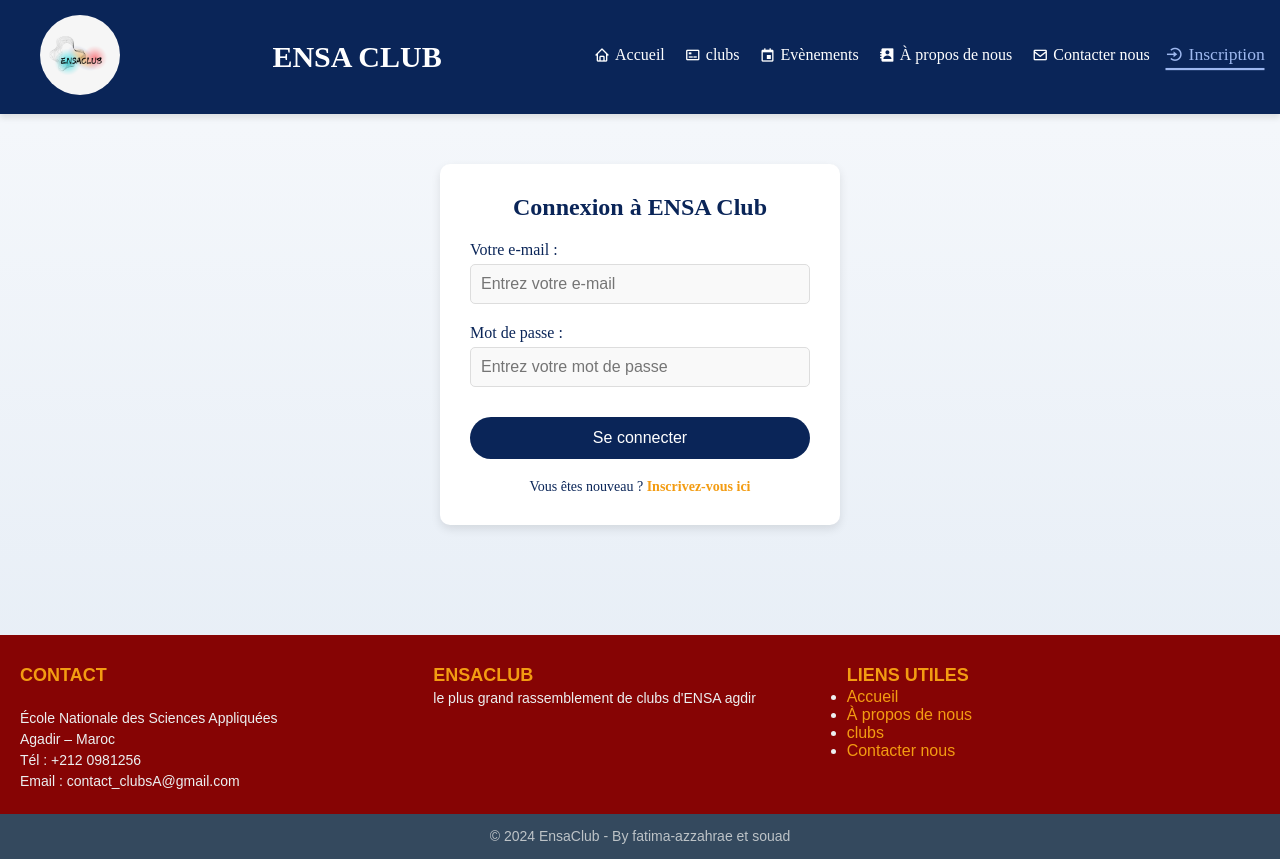
Repository: fati-smart/ENSAclub
Page: login.html
The author's editor kept a copy of each file at every save. The page is drawn from the files as they stood at one save, then again after the next save.
The browser window is 1280 px wide. The pictures show the whole page.

Above is the page before, as saved 2024-12-02 16:32:30.

### login.html
<!DOCTYPE html>
<html>

<head>
    <meta charset="UTF-8">
    <meta name="viewport" content="width=device-width, initial-scale=1.0">
    <link href='https://unpkg.com/boxicons@2.1.4/css/boxicons.min.css' rel="stylesheet" />
    <link rel="stylesheet" href="style.css">
    <title>login</title>
</head>

<body>
    <header class="header">
        <div><img src="logo.png" alt="logo"></div>
        <div class="titre"><a href="index.html"><p>ENSA CLUB</p></a></div>
        <nav>

          <ul>
            <li><a href="index.html">
              <i class='bx bx-home'></i></i>Accueil</a></li>
              <li><a href="club.html">
                <i class='bx bx-credit-card-front'></i>clubs</a></li>
              <li><a href="evenement.html">
                <i class='bx bx-calendar-event' ></i>Evènements</a></li>
              <li><a href="propos.html">
                <i class='bx bxs-contact'></i>À propos de nous</a></li>
              <li><a href="Contact.html">
                <i class='bx bx-envelope'></i>Contacter nous</a></li>
              <li><a href="inscrip.html" class="active">
                <i class='bx bx-log-in-circle'></i>Inscription</a></li>
          </ul>


        </nav>
    </header>


    <section class="connexion">
      <div class="logFormulaire">
        <h1 class="titre-logFormulaire">Connexion à ENSA Club</h1>
        <form action="profil.html">
          <div class="form-group">
            <label for="email">Votre e-mail :</label>
            <input type="email" name="email" id="email" placeholder="Entrez votre e-mail" required />
          </div>
          <div class="form-group">
            <label for="password">Mot de passe :</label>
            <input type="password" name="password" id="password" placeholder="Entrez votre mot de passe" required />
          </div>
          <button type="submit" class="btn-submit">Se connecter</button>
        </form>
        <p class="lien-nouveau">
          Vous êtes nouveau ? <a href="inscrip.html">Inscrivez-vous ici</a>
        </p>
      </div>
    </section>



    <footer class="footer">
        <div class="footer-container">
            <div class="footer-content">
              <ul>
                <h3>CONTACT</h3><br />
                <p>École Nationale des Sciences Appliquées<br /> Agadir – Maroc<br />
                Tél : +212 0981256<br />
                Email : contact_clubsA@gmail.com<br />
              </p>
              </ul>
            </div>
            <div class="footer-section-info">
              <ul>
                <h3>EnsaClub</h3>
              <p> le plus grand rassemblement de clubs d'ENSA agdir </p>
              </ul>
            </div>
            <div class="footer-content">
                <h3>Liens utiles</h3>
                 <ul class="list">
                    <li><a href="index.html">Accueil</a></li>
                    <li><a href="propos.html">À propos de nous</a></li>
                    <li><a href="club.html">clubs</a></li>
                    <li><a href="Contact.html">Contacter nous</a></li>
                 </ul>
            </div>
        </div>
        <div class="footer-bottom">
          <p>© 2024 EnsaClub - By fatima-azzahrae et souad</p>
        </div>
    </footer>
</body>

</html>

### style.css
* {
    margin: 0;
    padding: 0;
    box-sizing: border-box;
  }

body {
    font-family: cursive;
    background-color: #f5f6fa;
    overflow-x: hidden;
    background: linear-gradient(to bottom, #f7f9fc, #e4ecf5);
}

/*******************************************HEADER************************************************/
.header {
    background-color: #0A2558;
    color: white;
    display: flex;
    align-items: center;
    justify-content: space-between;
    padding: 15px 20px;
    box-shadow: 0 4px 6px rgba(0, 0, 0, 0.1);
  }

  .header img {
    margin-left: 20px;
    width: 80px;
    height: 80px;
    border-radius: 50%;
  }

  .header .titre a {
    text-decoration: none;
    color: white;
    font-size: 26px;
    font-weight: bold;
  }

  nav ul {
    list-style: none;
    display: flex;
    gap: 20px;
  }

  nav ul li a {
    color: white;
    text-decoration: none;
    font-size: 16px;
    display: flex;
    align-items: center;
    gap: 5px;
    transition: color 0.3s ease-in-out;
  }
  .header .titre p{
    font-size: 30px;
    font-weight: bold;
    color: #ffffff;
    margin: 0;
}

  nav ul li a:hover {
    color: #9eb8ef;
  }

  nav ul li a.active {
    border-bottom: 2px solid #9eb8ef;
    padding-bottom: 3px;
    color: #9eb8ef;
    transform: scale(1.1);

  }
/*************************************section CLUB***********************************************/
.club{
    margin-top: 50px;
    display: flex;
    align-items: center;
    justify-content: center;
    flex-wrap: wrap;
}

.club .carteClub{
    width: 350px;
    height: 420px;
    background-color: #e9ebed;
    border-radius: 12px;
    margin-left: 30px;
    margin-right: 30px;
    box-shadow: 0 4px 6px rgba(0, 0, 0, 0.1);
    position: relative;
}

.club .carteClub .imageClub {
    width: 100%;
    height: 45%;
    margin-left: 15px;
    margin-right: 15px;
    align-items: center;
}

.club .carteClub .imageClub img{
    width: 90%;
    height: 90%;
    margin-top: 10px;
    border-radius: 12px;
}

.club .carteClub .text{
    width: 90%;
    height: 90%;
    margin-left: 10px;
    text-align: center;
}

.club .carteClub .text p{
    text-align: left;
}

.club .carteClub .text strong{
    font-size: 25px;
    font-family: 'Franklin Gothic Medium', 'Arial Narrow', Arial, sans-serif;
    color: #0A2558;
}

.club .carteClub .text .jointure{
    color: #143c85d7;
}

.carteClub button {
    position: absolute;
    bottom: 10px;
    right: 15px;
    padding: 10px 20px;
    background-color: #ff1100;
    color: #fff;
    border: none;
    border-radius: 5px;
    cursor: pointer;
    width: 90px;
}

.carteClub button:hover {
    background-color: #d91103e0;
    transform: scale(1.1);

}

/****************************************section EVENMENT****************************************/
.event {
    display: flex;
    flex-wrap: wrap;
    justify-content: center;
    padding: 20px;
    margin-top: 30px;
    align-items: center;
    border-radius: 12px;
    gap:  40px 15px;
    max-width: 1400px;

}

.carteEvent {
    width: 340px;
    display: flex;
    flex-direction: column;
    height: 200px;
    background: #fff;
    border-radius: 10px;
    box-shadow: 0 4px 8px rgba(0, 0, 0, 0.1);
    overflow: hidden;
    transition: height 0.3s ease, box-shadow 0.3s ease;
    padding: 10px;
    position: relative;
    text-align: center;
    margin-left: 20px;
    margin-right: 20px;
    margin-top: 20px;
    margin-bottom: 20px;

}

.carteEvent:hover {
    box-shadow: 0 6px 12px rgba(0, 0, 0, 0.15);
}

.carteEvent .titreC {
    margin-bottom: 7px;
    margin-top: 7px;
}

.carteEvent .titreC strong{
    font-size: 19.2px;
    font-weight: bold;
    color: #007bff;
}

.carteEvent .titre {
    margin-bottom: 7px;
}

.carteEvent strong{
    color: #ff1100;
}

.carteEvent .dets {
    text-align: left;
}

.carteEvent .dets strong{
    color: #000000;
}

.carteEvent .dets a{
    text-decoration: none;
    color:#09b32d ;
}

.carteEvent .dets a:hover{
    color:#00ff37 ;
    font-size: 16px;
}
/****************************************INSCRIPTION**********************************************/
.inscription {
    background: linear-gradient(to bottom, #f7f9fc, #e4ecf5);
    padding: 50px 20px;
    display: flex;
    justify-content: center;
    align-items: center;
  }

  .formulaire {
    background: #ffffff;
    border-radius: 10px;
    box-shadow: 0px 4px 10px rgba(0, 0, 0, 0.1);
    padding: 30px;
    max-width: 500px;
    width: 100%;
    animation: fadeIn 1s ease-in-out;
  }

  .titre-formulaire {
    font-size: 24px;
    font-weight: bold;
    text-align: center;
    color: #0A2558;
    margin-bottom: 20px;
  }

  .form-group {
    margin-bottom: 20px;
  }

  .form-group label {
    font-size: 16px;
    color: #0A2558;
    display: block;
    margin-bottom: 5px;
  }

  .form-group input {
    width: 100%;
    padding: 10px;
    font-size: 16px;
    border: 1px solid #ddd;
    border-radius: 5px;
    outline: none;
    transition: border-color 0.3s;
  }

  .form-group input:focus {
    border-color: #f39c12;
  }

  .btn-submit {
    background-color: #0A2558;
    color: #ffffff;
    padding: 12px 20px;
    font-size: 16px;
    border: none;
    border-radius: 25px;
    cursor: pointer;
    width: 100%;
    margin-top: 10px;
    transition: background-color 0.3s, transform 0.3s;
  }

  .btn-submit:hover {
    background-color: #072042;
    transform: translateY(-3px);
  }

  .lien-membre {
    text-align: center;
    margin-top: 20px;
    font-size: 14px;
    color: #0A2558;
  }

  .lien-membre a {
    color: #f39c12;
    text-decoration: none;
    font-weight: bold;
  }

  .lien-membre a:hover {
    text-decoration: underline;
  }

  @keyframes fadeIn {
    from {
      opacity: 0;
      transform: translateY(20px);
    }
    to {
      opacity: 1;
      transform: translateY(0);
    }
  }

  @media (max-width: 768px) {
    .formulaire {
      padding: 20px;
    }

    .btn-submit {
      font-size: 14px;
    }
  }


/**********************************************login***********************************************/
.connexion {
    padding: 50px 20px;
    display: flex;
    justify-content: center;
    align-items: center;
  }

  .logFormulaire {
    background: #ffffff;
    border-radius: 10px;
    box-shadow: 0px 4px 10px rgba(0, 0, 0, 0.1);
    padding: 30px;
    max-width: 400px;
    width: 100%;
    animation: fadeIn 1s ease-in-out;
  }

  .titre-logFormulaire {
    font-size: 24px;
    font-weight: bold;
    text-align: center;
    color: #0A2558;
    margin-bottom: 20px;
  }

  .form-group {
    margin-bottom: 20px;
  }

  .form-group label {
    font-size: 16px;
    color: #0A2558;
    display: block;
    margin-bottom: 5px;
  }

  .form-group input {
    width: 100%;
    padding: 10px;
    font-size: 16px;
    border: 1px solid #ddd;
    border-radius: 5px;
    outline: none;
    transition: border-color 0.3s;
  }

  .form-group input:focus {
    border-color: #f39c12;
  }

  .btn-submit {
    background-color: #0A2558;
    color: #ffffff;
    padding: 12px 20px;
    font-size: 16px;
    border: none;
    border-radius: 25px;
    cursor: pointer;
    width: 100%;
    margin-top: 10px;
    transition: background-color 0.3s, transform 0.3s;
  }

  .btn-submit:hover {
    background-color: #072042;
    transform: translateY(-3px);
  }

  .lien-nouveau {
    text-align: center;
    margin-top: 20px;
    font-size: 14px;
    color: #0A2558;
  }

  .lien-nouveau a {
    color: #f39c12;
    text-decoration: none;
    font-weight: bold;
  }

  .lien-nouveau a:hover {
    text-decoration: underline;
  }

  @keyframes fadeIn {
    from {
      opacity: 0;
      transform: translateY(20px);
    }
    to {
      opacity: 1;
      transform: translateY(0);
    }
  }

  @media (max-width: 768px) {
    .logFormulaire {
      padding: 20px;
    }

    .btn-submit {
      font-size: 14px;
    }
  }

/*********************************************PROFIL**********************************************/
.profil {
    max-width: 800px;
    margin: 50px auto;
    padding: 20px;
    background: #fff;
    box-shadow: 0 4px 8px rgba(0, 0, 0, 0.276);
    border-radius: 10px;
}

.section-title {
    font-size: 28px;
    color: #2c3e50;
    text-align: center;
    margin-bottom: 20px;
}

.form-title {
    font-size: 20px;
    color: #34495e;
    margin-bottom: 15px;
}

.form-subtitle {
    font-size: 18px;
    color: #7f8c8d;
    margin-bottom: 10px;
}

.profile-section {
    display: flex;
    align-items: center;
    gap: 20px;
    margin-bottom: 30px;
    border-bottom: 1px solid #ddd;
    padding-bottom: 20px;
}

.profile-picture img {
    width: 120px;
    height: 120px;
    border-radius: 50%;
    object-fit: cover;
    border: 3px solid #db343442;
}

.profile-info .profile-name {
    font-size: 18px;
    font-weight: bold;
    color: #34495e;
}

.profile-info .profile-email {
    font-size: 14px;
    color: #555;
}

.forms-profil {
    display: flex;
    flex-wrap: wrap;
    gap: 30px;
}

.account-info,
.security-settings {
    flex: 1;
    min-width: 300px;
}

.form-group {
    margin-bottom: 15px;
}

.form-group label {
    display: block;
    font-size: 14px;
    color: #555;
    margin-bottom: 5px;
}

.form-group input {
    width: 100%;
    padding: 10px;
    border: 1px solid #ddd;
    border-radius: 5px;
    font-size: 14px;
    background-color: #f9f9f9;
}

.form-group input:focus {
    outline: none;
    border-color: #3498db;
    box-shadow: 0 0 5px rgba(52, 152, 219, 0.5);
}

.save-button {
    background-color: #3498db;
    color: #fff;
    padding: 10px 20px;
    border: none;
    border-radius: 5px;
    cursor: pointer;
    font-size: 14px;
    display: inline-block;
}

.save-button:hover {
    background-color: #2980b9;
}

.clubs-section .club-name {
    font-size: 16px;
    color: #2c3e50;
    margin-left: 10px;
}

.clubs-table {
    width: 100%;
    border-collapse: collapse;
    margin-top: 20px;
}

th, td {
    border: 1px solid #ddd;
    padding: 8px;
    text-align: center;
}

th {
    background-color: #f4f4f4;
    font-weight: bold;
}

.delete-btn {
    background-color: #e74c3c;
    color: white;
    border: none;
    padding: 5px 10px;
    cursor: pointer;
    border-radius: 3px;
}

.delete-btn:hover {
    background-color: #c0392b;
}
i.bx.bx-chevrons-left {
    margin-top: 20px;
    margin-left: 20px;
    font-size: 80px;
    color: #0742b1;
    transition: color 0.3s, transform 0.3s;
}

i.bx.bx-chevrons-left:hover {
    color: #2980b9;
    transform: translateX(-5px);
}



  /********************************a propos de nous************************************************/
.propos {
    background: linear-gradient(to bottom, #f7f9fc, #e4ecf5);
    padding: 50px 20px;
    color: #0A2558;
  }

  .propos-container {
    max-width: 800px;
    margin: 0 auto;
    text-align: center;
    animation: fadeIn 1s ease-in-out;
  }

  .propos-title {
    font-size: 36px;
    font-weight: bold;
    margin-bottom: 20px;
    color: #0A2558;
  }

  .propos-title span {
    color: #f39c12;
  }

  .propos-intro, .propos-objective, .propos-message, .propos-mission, .propos-footer {
    font-size: 18px;
    line-height: 1.6;
    margin-bottom: 20px;
  }

  .propos-list {
    list-style: none;
    padding: 0;
    margin: 20px 0;
    display: flex;
    justify-content: space-around;
    flex-wrap: wrap;
    gap: 10px;
  }

  .propos-list li {
    background: #f39c12;
    color: white;
    padding: 10px 20px;
    border-radius: 20px;
    font-size: 16px;
  }

  .propos-call-to-action {
    font-size: 18px;
    margin: 30px 0;
  }

  .propos-link {
    color: #f39c12;
    font-weight: bold;
    text-decoration: none;
  }

  .propos-link:hover {
    text-decoration: underline;
  }

  @keyframes fadeIn {
    from {
      opacity: 0;
      transform: translateY(20px);
    }
    to {
      opacity: 1;
      transform: translateY(0);
    }
  }

/********************************************FOOTER*************************************************/
.footer{
    height: 180px;
    background-color: #860404;
    margin-top: 60px;
    color: #ecf0f1;
    padding: 10px 0;
    font-family: Arial, sans-serif;
    text-align: center;
}

.footer-container {
    display: flex;
    justify-content: space-around;
    align-items: flex-start;
    flex-wrap: wrap;
    padding: 20px;
}

.footer-content, .footer-section-info {
    flex: 1;
    min-width: 300px;
    text-align: left;
}

.footer h3 {
    font-size: 18px;
    font-weight: bold;
    text-transform: uppercase;
    margin-bottom: 2px;
    color: #f39c12;
}

.footer p {
    font-size: 14px;
    line-height: 1.5;
    margin: 2px 0;
}

.footer a {
    color: #f39c12;
    text-decoration: none;
}

.footer a:hover {
    text-decoration: underline;
}

.footer-bottom {
    background-color: #34495e;
    color: #bdc3c7;
    padding: 10px;
    font-size: 12px;
}

/*****************************************CONTACT***************************************************/
.contact {
    background: linear-gradient(to bottom, #f5f7fa, #e4ecf5);
    padding: 40px 20px;
    text-align: center;
  }

  .contact-fieldset {
    border: 2px solid #0A2558;
    border-radius: 10px;
    padding: 30px;
    max-width: 600px;
    margin: 0 auto;
    box-shadow: 0px 4px 10px rgba(0, 0, 0, 0.1);
    background: #ffffff;
  }

  .contact-legend {
    font-size: 24px;
    font-weight: bold;
    color: #0A2558;
    padding: 0 10px;
    background: #f39c12;
    color: #ffffff;
    border-radius: 5px;
  }

  .form-group {
    margin-bottom: 20px;
    text-align: left;
  }

  .form-group label {
    font-size: 16px;
    color: #0A2558;
    display: block;
    margin-bottom: 5px;
  }

  .form-group input,
  .form-group textarea {
    width: 100%;
    padding: 10px;
    font-size: 16px;
    border: 1px solid #ddd;
    border-radius: 5px;
    outline: none;
    transition: border-color 0.3s;
  }

  .form-group input:focus,
  .form-group textarea:focus {
    border-color: #f39c12;
  }

  .btn-submit {
    background-color: #0A2558;
    color: #ffffff;
    padding: 12px 25px;
    font-size: 16px;
    border: none;
    border-radius: 25px;
    cursor: pointer;
    transition: background-color 0.3s, transform 0.3s;
  }

  .btn-submit:hover {
    background-color: #072042;
    transform: translateY(-3px);
  }

  @media (max-width: 768px) {
    .contact-fieldset {
      padding: 20px;
    }

    .btn-submit {
      width: 100%;
    }
  }

After the next save:
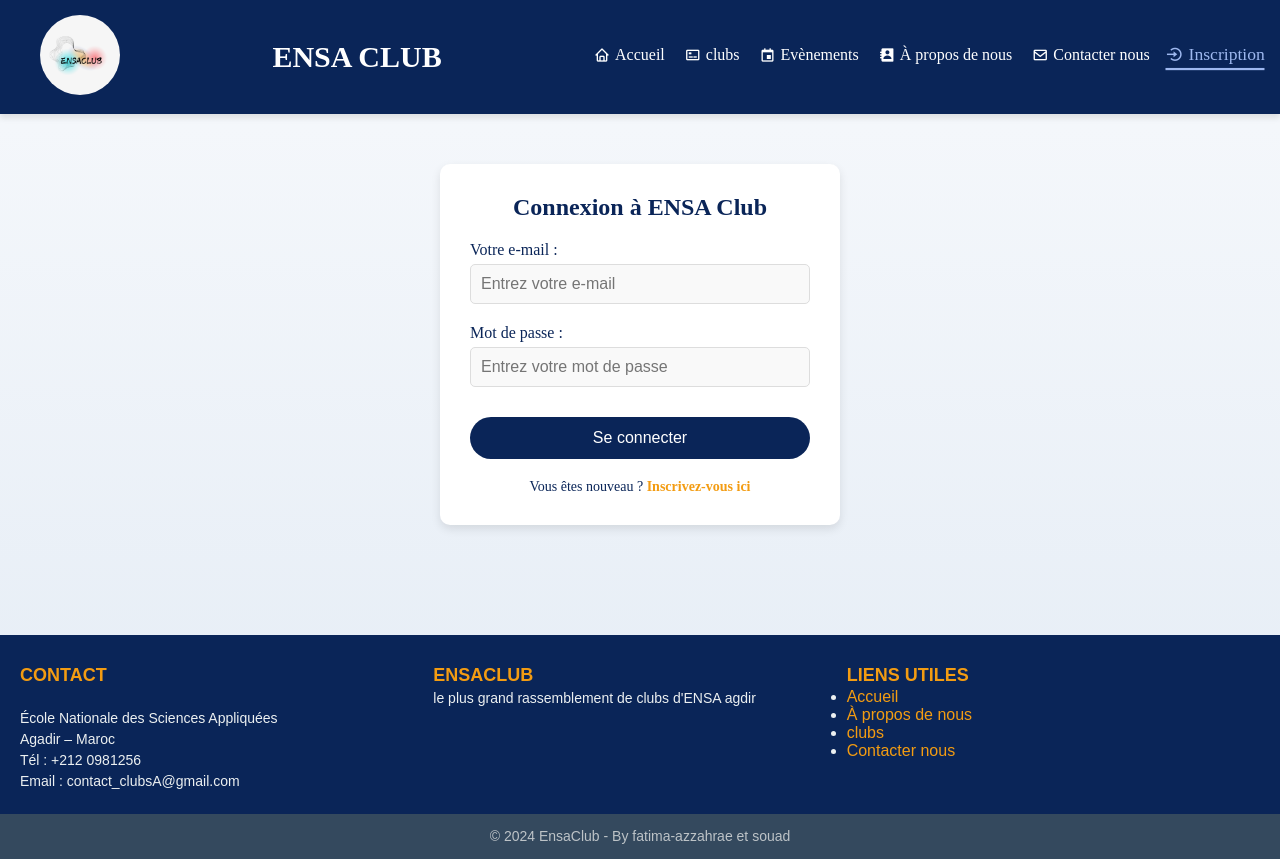
Saved 38 min 29 s later.
--- a/style.css
+++ b/style.css
@@ -672,7 +672,7 @@ i.bx.bx-chevrons-left:hover {
 /********************************************FOOTER*************************************************/
 .footer{
     height: 180px;
-    background-color: #860404;
+    background-color: #0A2558;
     margin-top: 60px;
     color: #ecf0f1;
     padding: 10px 0;
